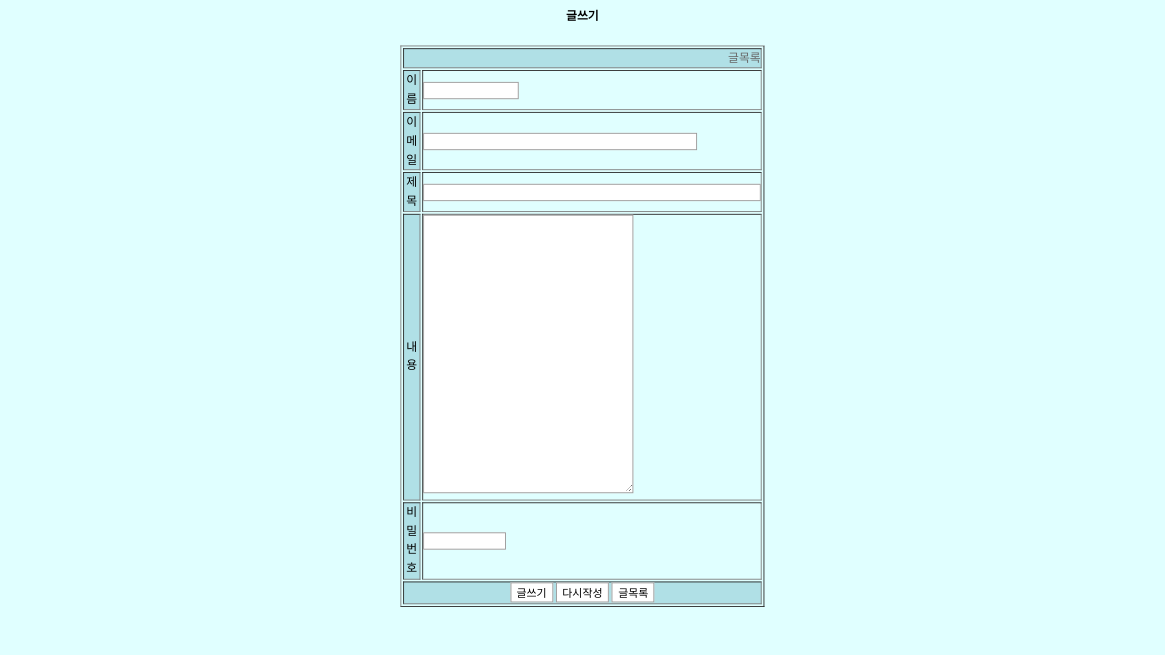
Repository: kr1124/jsp
Page: http://localhost/ServletProject/board/writeForm.jsp
These files come from the project's save history. The page is drawn as it stood at one moment and after the next save; the edit follows.
The browser window is 1280 px wide. The pictures show the whole page, at 91% of full size.
The page is served by Tomcat 9.

Above is the page before, as saved 2024-12-10 02:18:49.

After the next save:
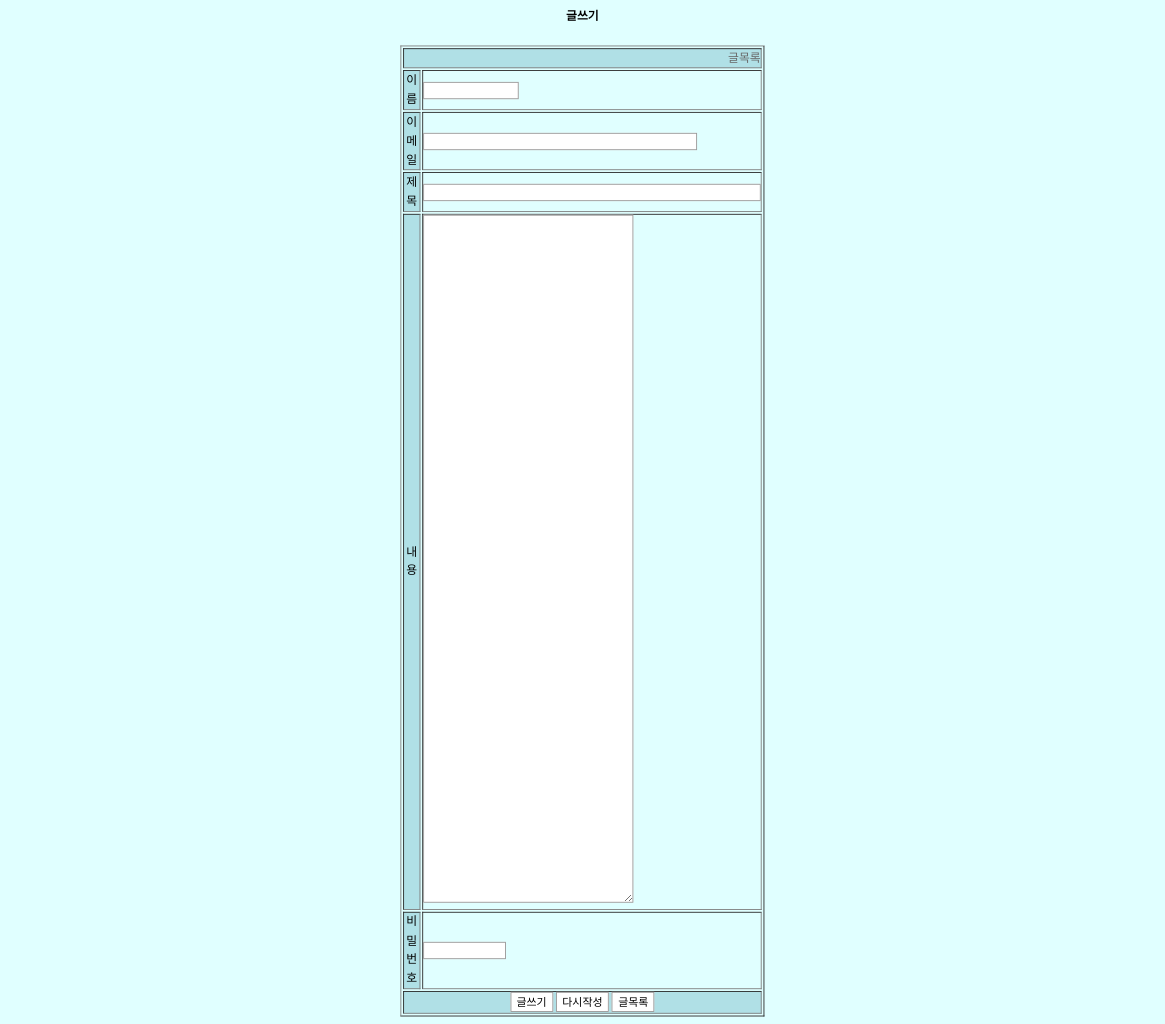
Saved 18 s later.
--- a/ServletProject/src/main/webapp/board/writeForm.jsp
+++ b/ServletProject/src/main/webapp/board/writeForm.jsp
@@ -42,7 +42,7 @@
 			<tr>
 				<td width="70" bgcolor="<%=value_c%>" align="center">내용</td>
 				<td widhh="330">
-					<textarea name="content" id="" cols="30" rows="20"></textarea>
+					<textarea name="content" id="" cols="30" rows="50"></textarea>
 				</td>
 			</tr>
 
